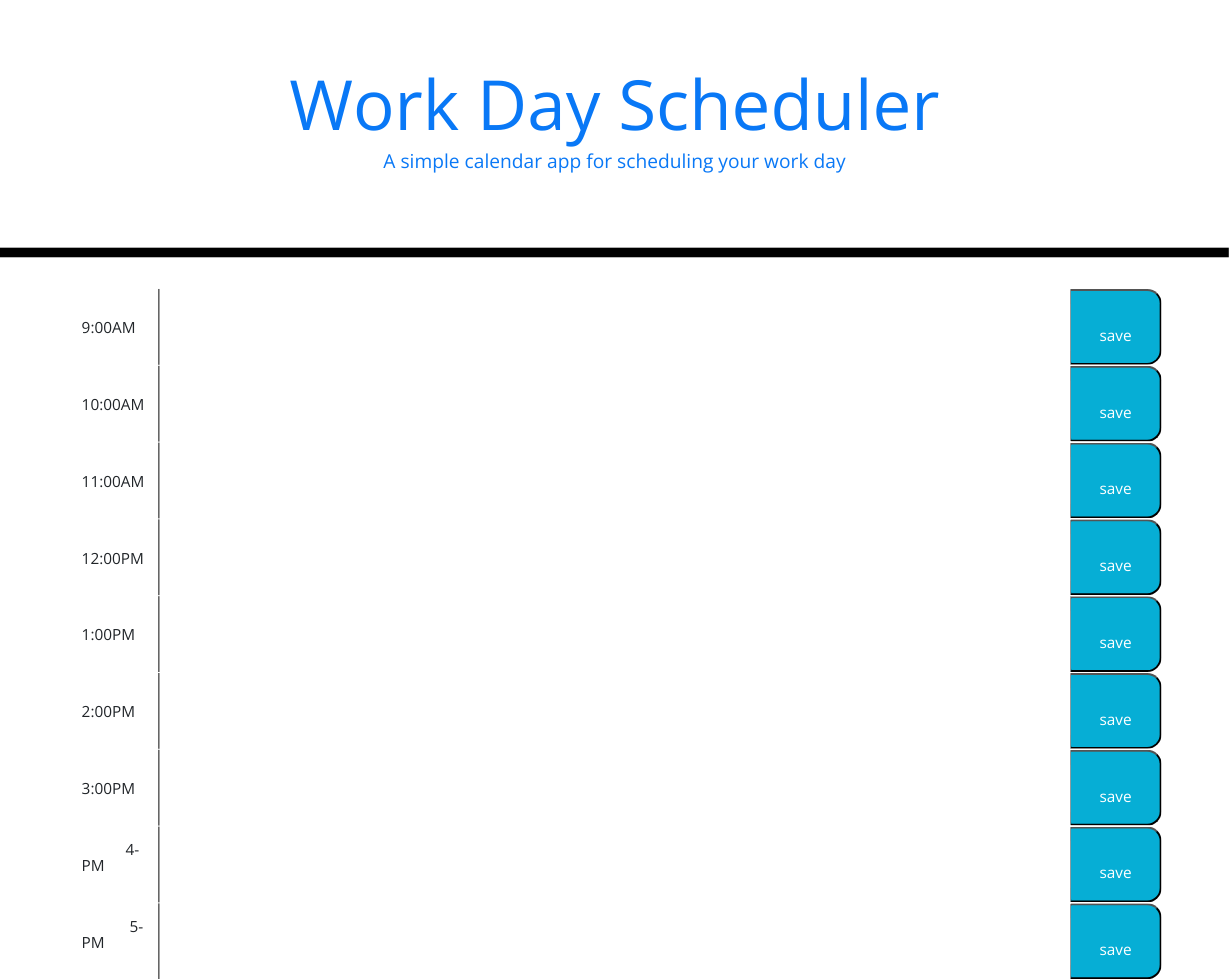
Repository: Mf948/DailyPlannerJS
Page: Develop/index.html
The author's editor kept a copy of each file at every save. The page is drawn from the files as they stood at one save, then again after a run of saves.
The browser window is 1280 px wide. The pictures show the whole page, at 96% of full size.
Some web libraries are served in a nearby version.

Above is the page before, as saved 2020-12-10 22:25:47.
Console error: SyntaxError: missing ) after argument list

After the next 5 saves:
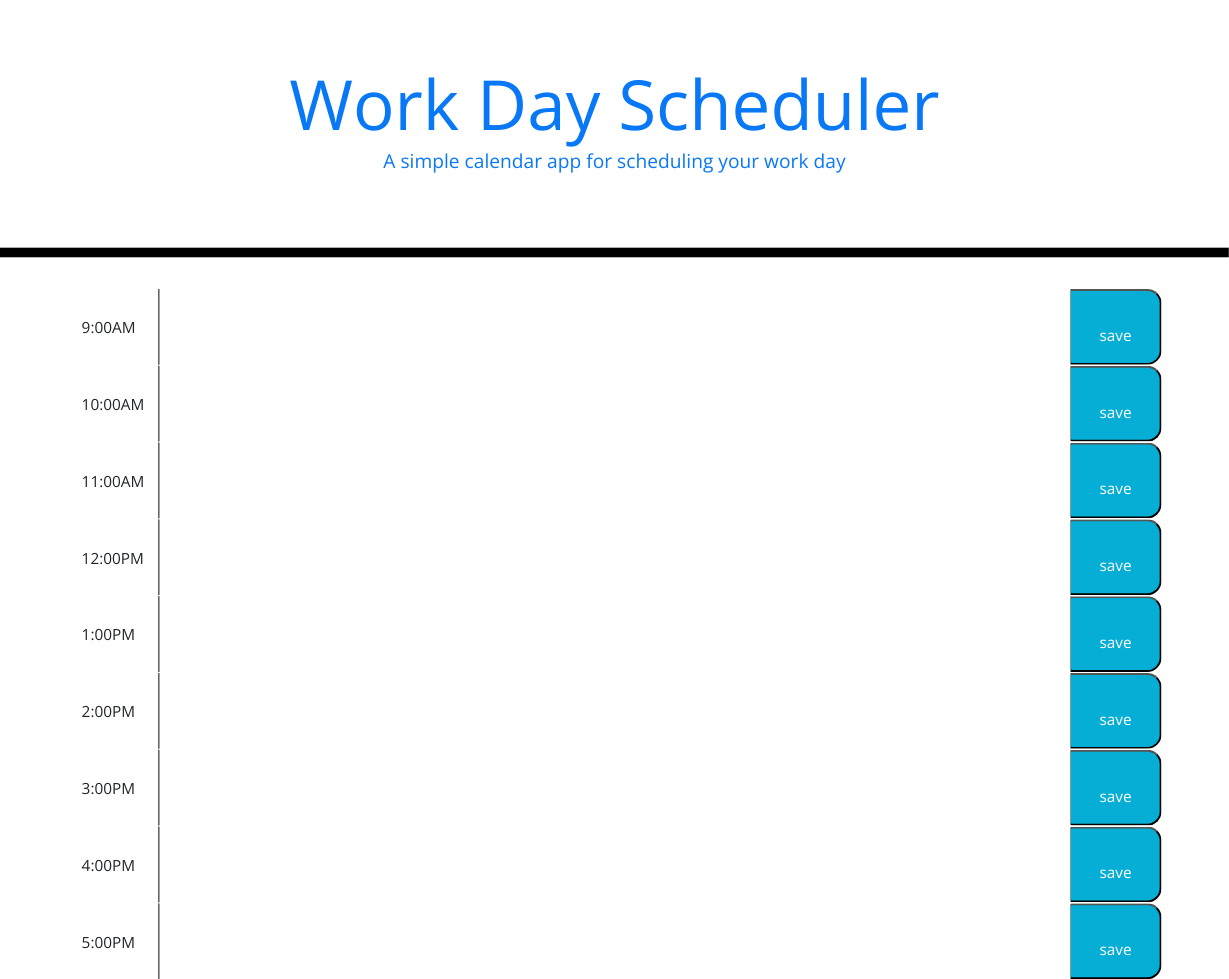
The 5 saves are shown as one change because they came seconds apart.
The last was saved 17 s later.
--- a/Develop/index.html
+++ b/Develop/index.html
@@ -110,7 +110,7 @@
         </div>
         <div class="row">
           <div class="col-1">
-           4-PM
+           4:00PM
           </div>
           <textarea class="col-10" id=4>
 
@@ -121,7 +121,7 @@
         </div>
         <div class="row">
           <div class="col-1">
-            5-PM
+            5:00PM
           </div>
           <textarea class="col-10" id=5>
 
